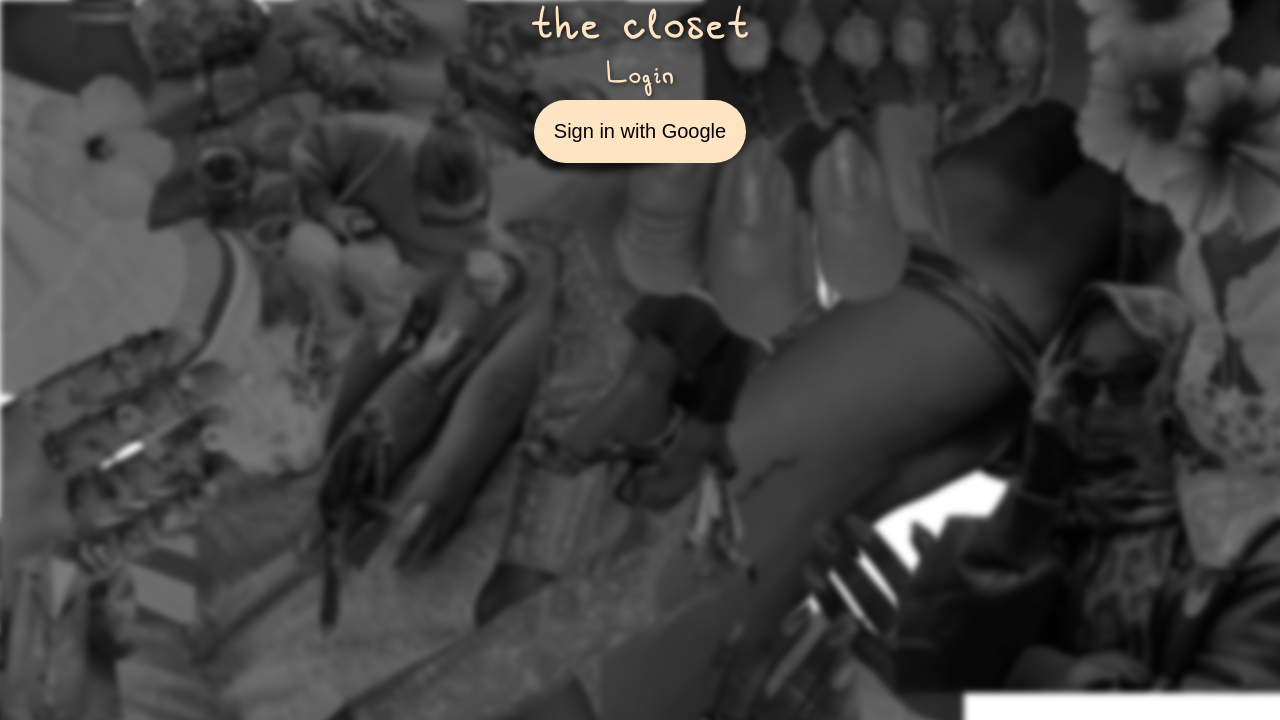
Repository: karla-sikavica/theCloset
Page: / (app in frontend/)
The author's editor kept a copy of each file at every save. The page is drawn from the files as they stood at one save, then again after the next save.
The browser window is 1280 px wide. The pictures show the whole page.
The project was rebuilt for these pictures with package versions that can differ from the ones it lists, and the page was loaded fresh each time. Also part of the build but not shown: frontend/vite.config.ts.

Above is the page before, as saved 2025-03-29 16:30:26.

After the next save:
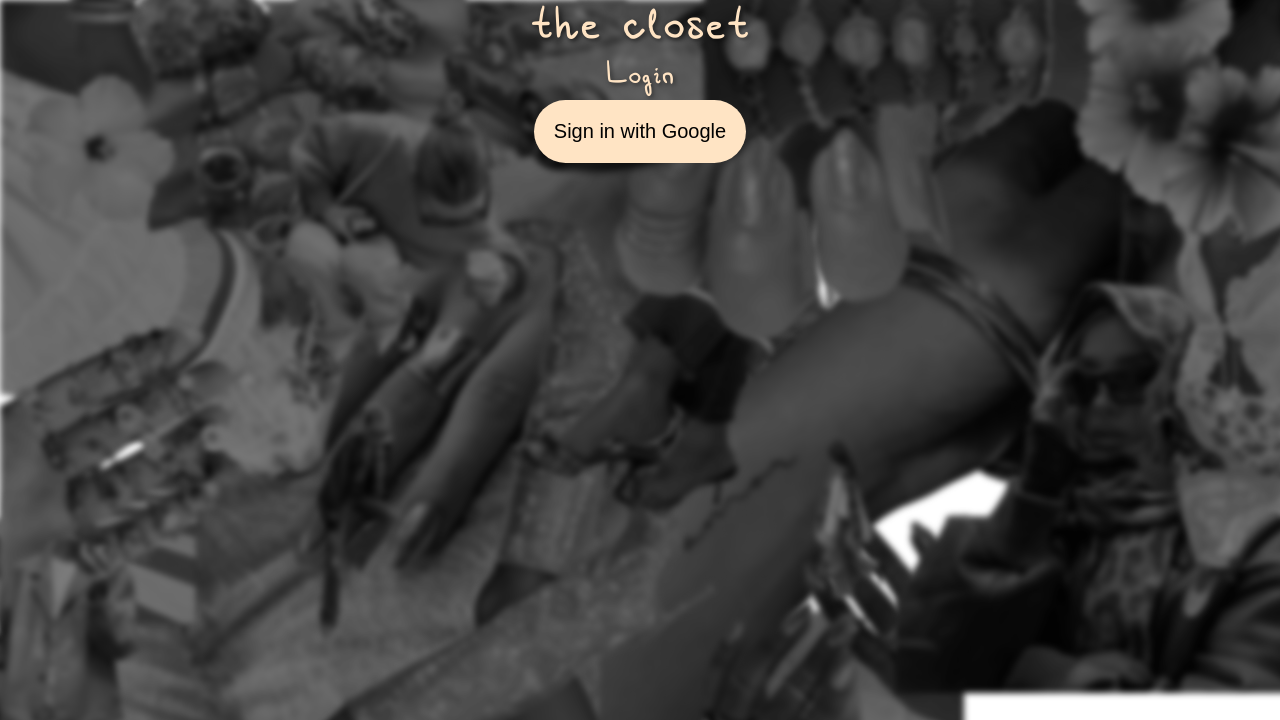
Saved 8 s later.
--- a/frontend/src/components/ui/Collage.tsx
+++ b/frontend/src/components/ui/Collage.tsx
@@ -128,7 +128,7 @@
   {
     src: "/images/photo%20(15).png",
     top: "55%",
-    left: "50%",
+    left: "60%",
     width: "170px",
     rotate: "-8deg",
     zIndex: 3,
